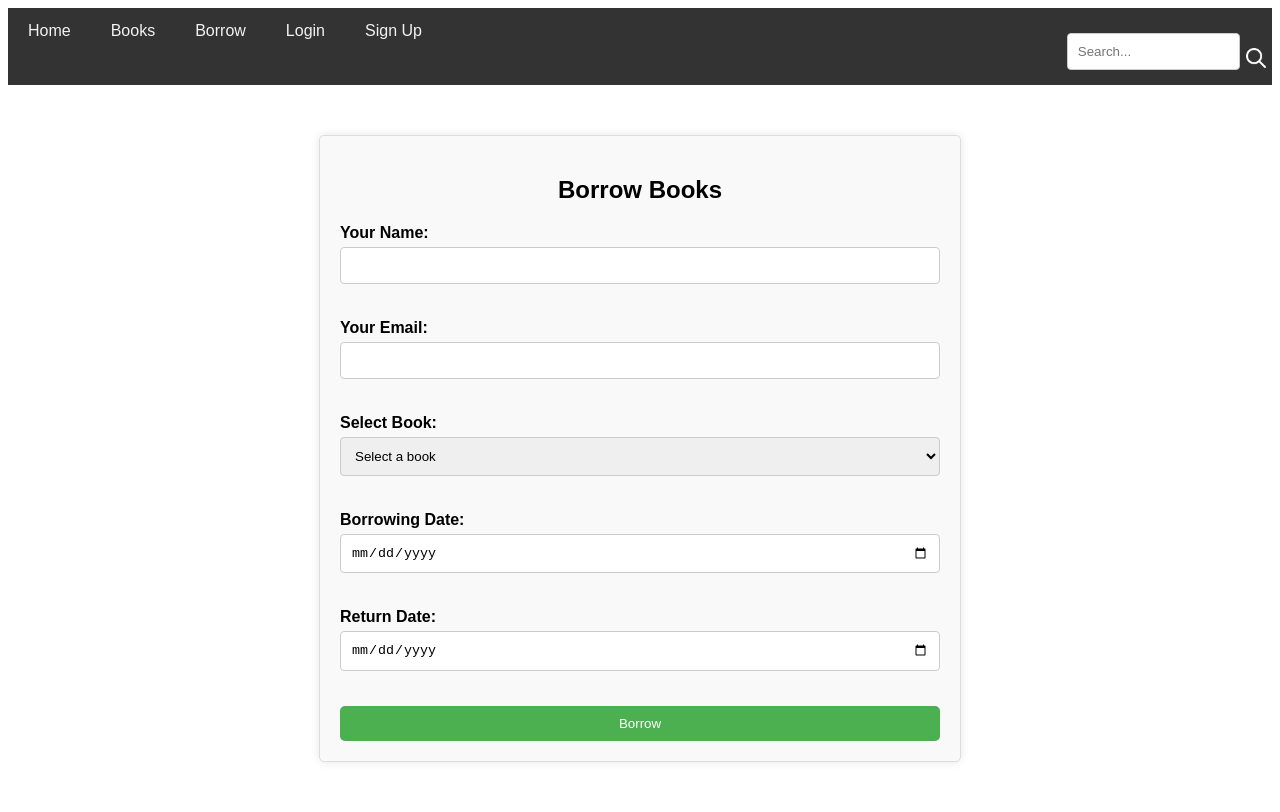
Repository: fadyesk12/Web-Technology-Course-Project
Page: borrow.html
The author's editor kept a copy of each file at every save. The page is drawn from the files as they stood at one save, then again after a run of saves.
The browser window is 1280 px wide. The pictures show the whole page.

Above is the page before, as saved 2024-04-20 03:11:26.

After the next 2 saves:
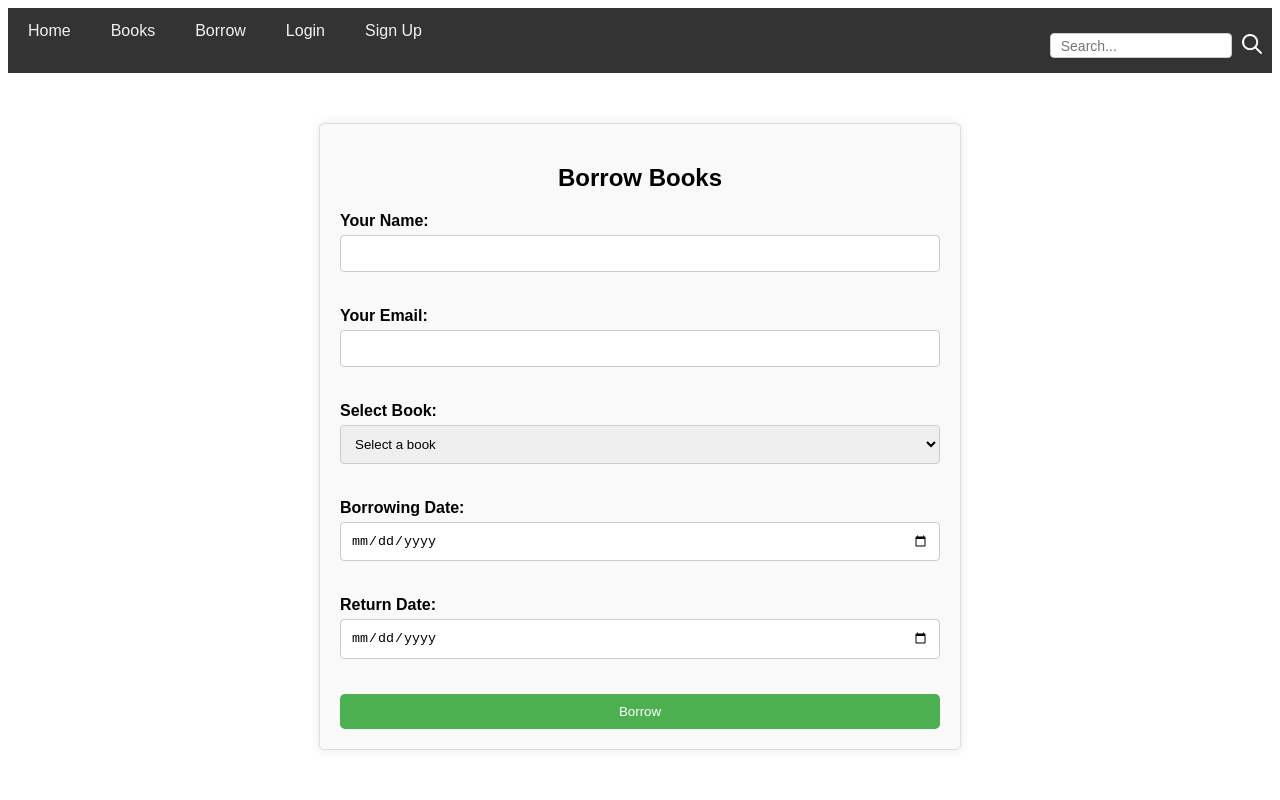
The 2 saves are shown as one change because they came seconds apart.
The last was saved 7 s later.
--- a/Styling/borrow.css
+++ b/Styling/borrow.css
@@ -76,26 +76,34 @@ body {
    background-color: #45a049;
  }
 
- .search{
- margin-top: 5px;
- float:right;
- }
+ .search {
+  margin-top: 5px;
+  float: right;
+}
 
-.search input{
- width:75%;
- }
+.search input {
+  width: 75%;
+  /* Reduce the height of the input field */
+  height: 25px; /* Adjust as needed */
+  /* Reduce the font size of the input field */
+  font-size: 14px; /* Adjust as needed */
+}
 
-.search img{
- width: 20px;
- }
+.search img {
+  width: 20px;
+  /* Adjust the height of the image if necessary */
+}
 
-.search button{
- background-color: #333;
- border: 0;
- }
+.search button {
+  background-color: #333;
+  border: 0;
+  /* Reduce the height of the button */
+  height: 25px; /* Adjust as needed */
+  /* Add padding to the button */
+  padding: 0 10px; /* Adjust as needed */
+}
 
- .search form{
-     display: flex;
-     align-items: center;
-     justify-content: right;
-   }
+.search form {
+  display: flex;
+  justify-content: flex-end;
+}
